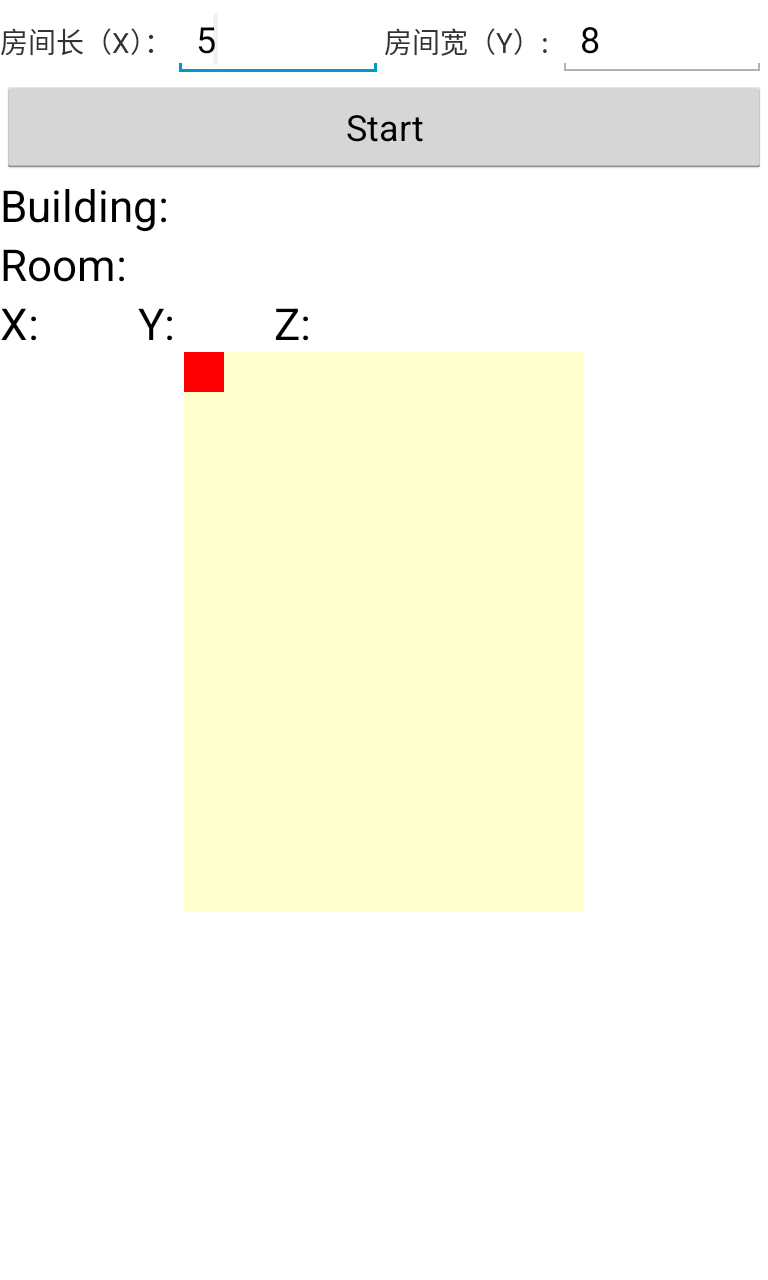
Repository: RenchuSong/tMap_Android
Layout: tmap_model_tool/res/layout/locating.xml
The author's editor kept a copy of each file at every save. The layout is drawn from the files as they stood at one save, then again after the next save.
It is drawn on a 768 x 1280 px phone screen (xhdpi) without system bars, with theme AppTheme; the app's code is not run.

Above is the layout before, as saved 2014-05-29 05:21:54.

After the next save:
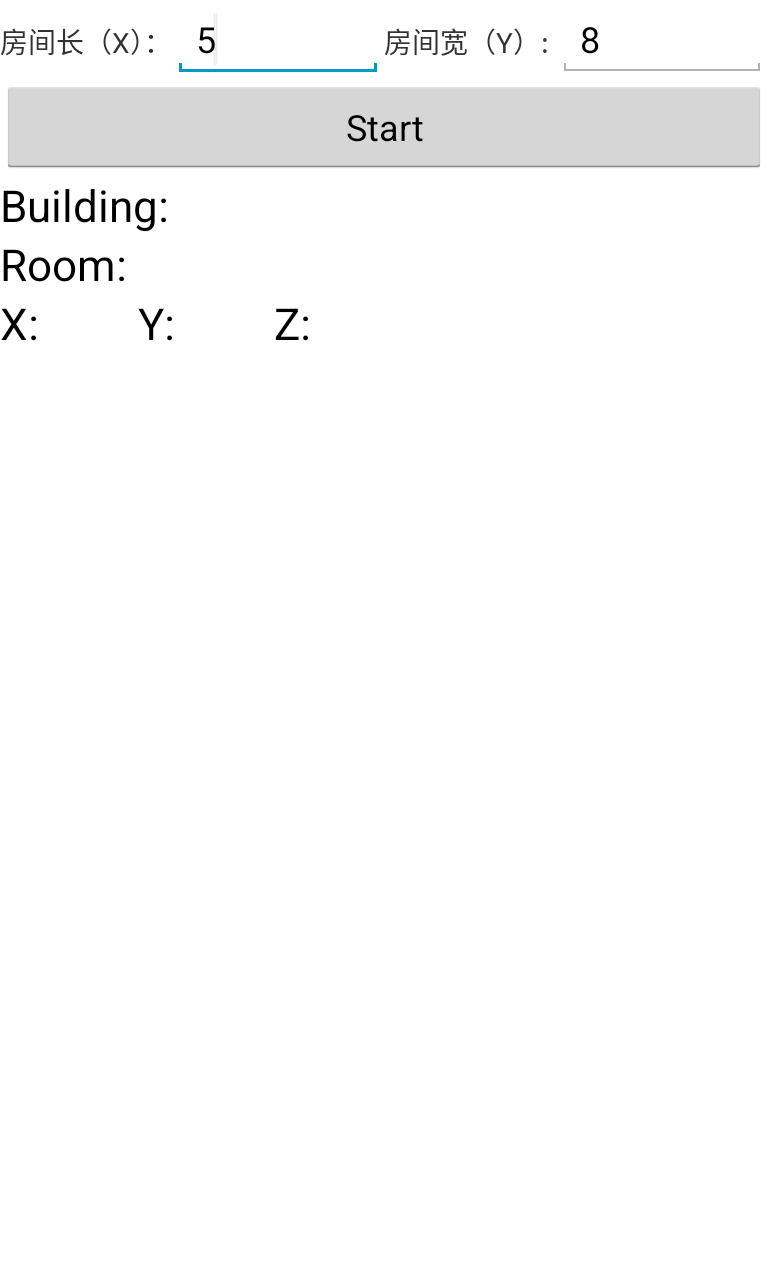
Saved 2 min 32 s later.
--- a/tmap_model_tool/res/layout/locating.xml
+++ b/tmap_model_tool/res/layout/locating.xml
@@ -70,8 +70,6 @@
 
     <RelativeLayout
         android:id="@+id/mock_room"
-        android:layout_width="200dp"
-        android:layout_height="280dp"
         android:layout_gravity="center_horizontal"
         android:background="#ffffcc" >
 
